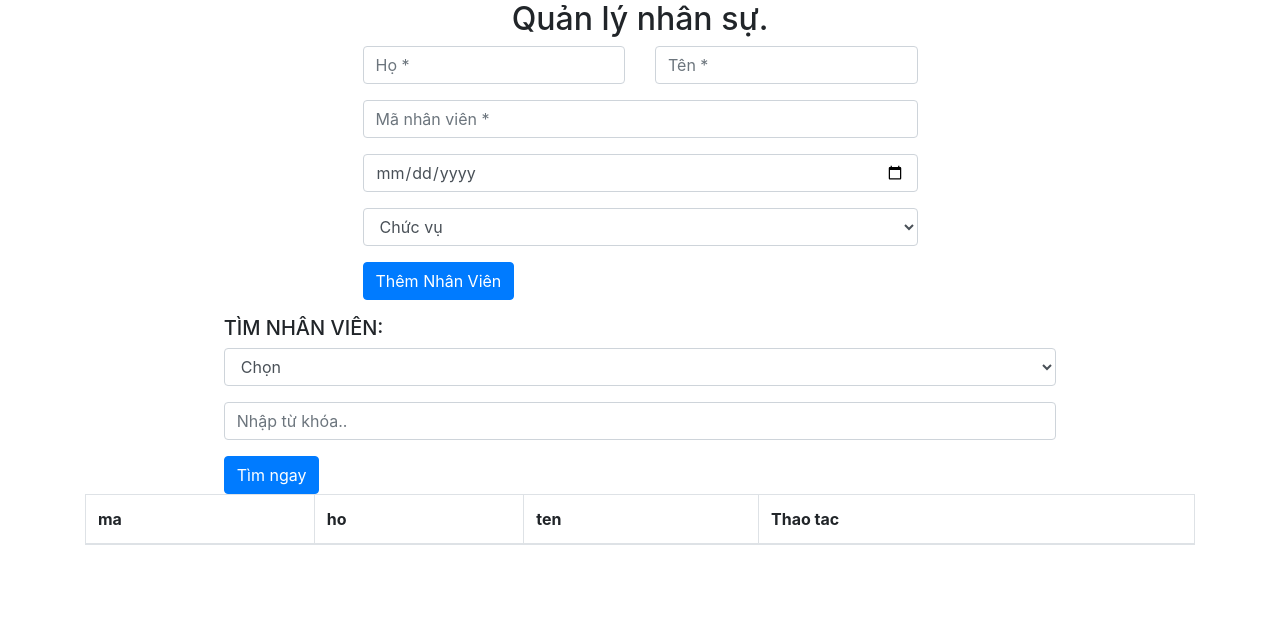
Repository: dovanthao2404/quanlynhanvien
Page: index.html
An editor plug-in stored every save of this project. The page is shown before and after the next save, followed by the edit.
The browser window is 1280 px wide. The pictures show the whole page.

Above is the page before, as saved 2021-06-30 15:51:58.

### index.html
<!DOCTYPE html>
<html lang="en">

<head>
  <meta charset="UTF-8">
  <meta http-equiv="X-UA-Compatible" content="IE=edge">
  <meta name="viewport" content="width=device-width, initial-scale=1.0">
  <title>Quan Ly Nhan Vien</title>
  <!-- BS4 -->
  <link rel="stylesheet" href="https://cdn.jsdelivr.net/npm/bootstrap@4.6.0/dist/css/bootstrap.min.css"
    integrity="sha384-B0vP5xmATw1+K9KRQjQERJvTumQW0nPEzvF6L/Z6nronJ3oUOFUFpCjEUQouq2+l" crossorigin="anonymous">
  <!-- MAIN CSS -->
  <link rel="stylesheet" href="./css/style.css">
</head>

<body>
  <div class="main">
    <!-- form quan ly' -->
    <div class="container">
      <form class=" w-50 mx-auto">
        <div class="employee-manager">
          <div class="row">
            <div class="col">
              <h2 class="text-center">Quản lý nhân sự.</h2>
            </div>
          </div>
          <div class="form-group">
            <div class="row">
              <div class="col-6">
                <input placeholder="Họ *" type="text" class="form-control" id="ho">
                <span class="text-danger" id="thongBaoHo"></span>
              </div>
              <div class="col-6">
                <input placeholder="Tên *" type="text" class="form-control" id="ten">
                <span class="text-danger" id="thongBaoTen"></span>
              </div>
            </div>
          </div>
          <div class='form-group'>
            <div class="row">
              <div class="col-12">
                <input placeholder="Mã nhân viên *" type="text" class="form-control" id="maNV">
                <span class="text-danger" id="thongBaoMS"></span>
              </div>
            </div>
          </div>
          <div class='form-group'>
            <div class="row">
              <div class="col-12">
                <input type="date" class="form-control" id="ngayLamViec">
                <span class="text-danger" id="thongBaoNgay"></span>
              </div>
            </div>
          </div>
          <div class='form-group'>
            <div class="row">
              <div class="col-12">
                <select id="chucVu" class="form-control">
                  <option value="" selected>Chức vụ</option>
                  <option value="">Sếp</option>
                  <option value="">Trưởng phòng</option>
                  <option value="">Nhân viên</option>
                </select>
                <span class="text-danger" id="thongBaoChucVu"></span>
              </div>
            </div>
          </div>
          <div class='form-group'>
            <button type="button" class="btn btn-primary" id="btnThemNhanVien">Thêm Nhân Viên</button>
          </div>
        </div>
      </form>
    </div>

    <!-- Tim kiem nhan vien -->
    <div class="container">
      <div class="form-search w-75 mx-auto">
        <div class="form-group">
          <h5>TÌM NHÂN VIÊN: </h5>
          <div class="input-group">
            <select class='form-control'>
              <option value="">Chọn</option>
              <option value="">Tìm theo mã</option>
              <option value="">Tìm theo tên</option>
            </select>
          </div>
        </div>

        <div class="form-group">
          <input class="form-control" type="text" placeholder="Nhập từ khóa..">
        </div>
        <button class="btn btn-primary">Tìm ngay</button>
      </div>
    </div>

    <div id="hienthi" class="container">
      <table class="table table-bordered table-hover" id="tableHienThi">
        <thead>
          <th>ma</th>
          <th>ho</th>
          <th>ten</th>
          <th>Thao tac</th>
        </thead>
        <tbody id="thetBody">
          <tr></tr>
        </tbody>
      </table>
    </div>
  </div>

  <!-- BS4 -->
  <script src="https://code.jquery.com/jquery-3.5.1.slim.min.js"
    integrity="sha384-DfXdz2htPH0lsSSs5nCTpuj/zy4C+OGpamoFVy38MVBnE+IbbVYUew+OrCXaRkfj"
    crossorigin="anonymous"></script>
  <script src="https://cdn.jsdelivr.net/npm/bootstrap@4.6.0/dist/js/bootstrap.bundle.min.js"
    integrity="sha384-Piv4xVNRyMGpqkS2by6br4gNJ7DXjqk09RmUpJ8jgGtD7zP9yug3goQfGII0yAns"
    crossorigin="anonymous"></script>

  <script src="js/NhanVien.js"></script>
  <script src="js/DanhSachNV.js"></script>
  <script src="js/main.js"></script>
</body>

</html>

### css/style.css
* {
  padding: 0;
  margin: 0;
  box-sizing: border-box;
}
.btnCapNhat {
  display: none;
}

### js/NhanVien.js
function NhanVien(maNV, ho, ten, ngaySinh, chucVu, ngayLamViec, luongCaoBan, phuCap) {
  this.maNV = maNV;
  this.ho = ho;
  this.ten = ten;
  this.ngaySinh = ngaySinh;
  this.chucVu = chucVu;
  this.soNgayLamViec = ngayLamViec;
  this.luongCaoBan = luongCaoBan;
  this.phuCap = phuCap;
  this.mangThuocTinh = [this.maNV, this.ho, this.ten, this.ngaySinh, this.chucVu, this.soNgayLamViec, this.luongCaoBan,
  this.phuCap];
}

NhanVien.prototype.tinhLuong = function () {
  return this.soNgayLamViec + this.luongCaoBan + this.phuCap;
}

### js/DanhSachNV.js
function DanhSachNV() {
  this.DanhSachNV = [];
}

DanhSachNV.prototype.themNhanVien = function (nv) {
  this.DanhSachNV.push(nv);
}

DanhSachNV.prototype.xuatLuong = function () {
  var soNV = this.DanhSachNV.length;
  for (var i = 0; i < soNV; i++) {
    this.DanhSachNV[i].tinhLuong();
  }
};

DanhSachNV.prototype.xoaNhanVien = function () {

}

DanhSachNV.prototype.timTheoTen = function () {

}

### js/main.js
function getMyEle(ele) {
  return document.getElementById(ele);
}


var mangThongBao = [
  'Vui lòng nhập họ',
  'Vui lòng nhập tên',
  'Vui lòng nhập mã nhân viên',
  'Vui lòng chọn ngày',
  'Vui lòng chọn chức vụ',
  'Họ phải là ký tự',
  'Tên phải là ký tự',
  'Độ dài từ 4 - 6',

]
var dSNV = new DanhSachNV();

function kiemTraNhap(idKiemTra, idThongBao, indexThongBao) {
  var noiDungKiemTra = getMyEle(idKiemTra).value;
  var idThongBao = getMyEle(idThongBao);
  if (noiDungKiemTra === '') {
    idThongBao.innerHTML = mangThongBao[indexThongBao];
    return false;
  } else {
    idThongBao.innerHTML = ''
    return true;
  }
}

function kiemTraChon(idKiemTra, idThongBao, indexThongBao) {
  var noiDungKiemTra = getMyEle(idKiemTra).selectedIndex;
  var idThongBao = getMyEle(idThongBao);
  if (noiDungKiemTra === 0) {
    idThongBao.innerHTML = mangThongBao[indexThongBao];
    return false;
  } else {
    idThongBao.innerHTML = ''
    return true;
  }
}

function kiemTraNhapKiTu(idKiemTra, idThongBao, indexThongBao) {
  var mangKiTu = /^[a-zA-Z]+$/;
  var field = getMyEle(idKiemTra).value;
  var thongBao = getMyEle(idThongBao);
  if (field.match(mangKiTu)) {
    thongBao.innerHTML = ''
    return true;
  } else {
    thongBao.innerHTML = mangThongBao[indexThongBao];
    return false;
  }
}

function kiemTraDoDai(idKiemTra, idThongBao, indexThongBao) {
  var field = getMyEle(idKiemTra).value.length;
  var thongBao = getMyEle(idThongBao);
  if (field < 2 || field > 6) {
    thongBao.innerHTML = mangThongBao[indexThongBao];
    return false;
  } else {
    thongBao.innerHTML = ''
    return true;
  }
}

function kiemTraHopLe() {
  var kq = kiemTraNhap('ho', 'thongBaoHo', 0);
  if (kq) {
    kiemTraNhapKiTu('ho', 'thongBaoHo', 5)
  }
  var kq2 = kiemTraNhap('ten', 'thongBaoTen', 1);
  if (kq2) {
    kiemTraNhapKiTu('ten', 'thongBaoTen', 6);
  }
  var kq3 = kiemTraNhap('maNV', 'thongBaoMS', 2);
  if (kq3) {
    kiemTraDoDai('maNV', 'thongBaoMS', 7);
  }
  var kq4 = kiemTraNhap('ngayLamViec', 'thongBaoNgay', 3);
  var kq5 = kiemTraChon('chucVu', 'thongBaoChucVu', 4);

  if (kq && kq2 && kq3 && kq4 && kq5) {
    return true;
  } else {
    return false;
  }
}

function lamMoiForm() {
  getMyEle('ho').value = '';
  getMyEle('ten').value = '';
  getMyEle('maNV').value = '';
  getMyEle('ngayLamViec').value = '';
  getMyEle('chucVu').selectedIndex = 0;
}
console.log(getMyEle(thetBody));
function taoDong(tBody, tnv) {

}

getMyEle('btnThemNhanVien').addEventListener("click", function () {
  var kq = kiemTraHopLe();
  if (kq) {
    var ho = getMyEle('ho').value;
    var ten = getMyEle('ten').value;
    var maNV = getMyEle('maNV').value;
    // var ngay
    var nhanVien = new NhanVien(ho, ten, maNV, '', '', '', '', '')
    dSNV.themNhanVien(nhanVien);
    lamMoiForm();
    console.log(dSNV);
  }
})

After the next save:
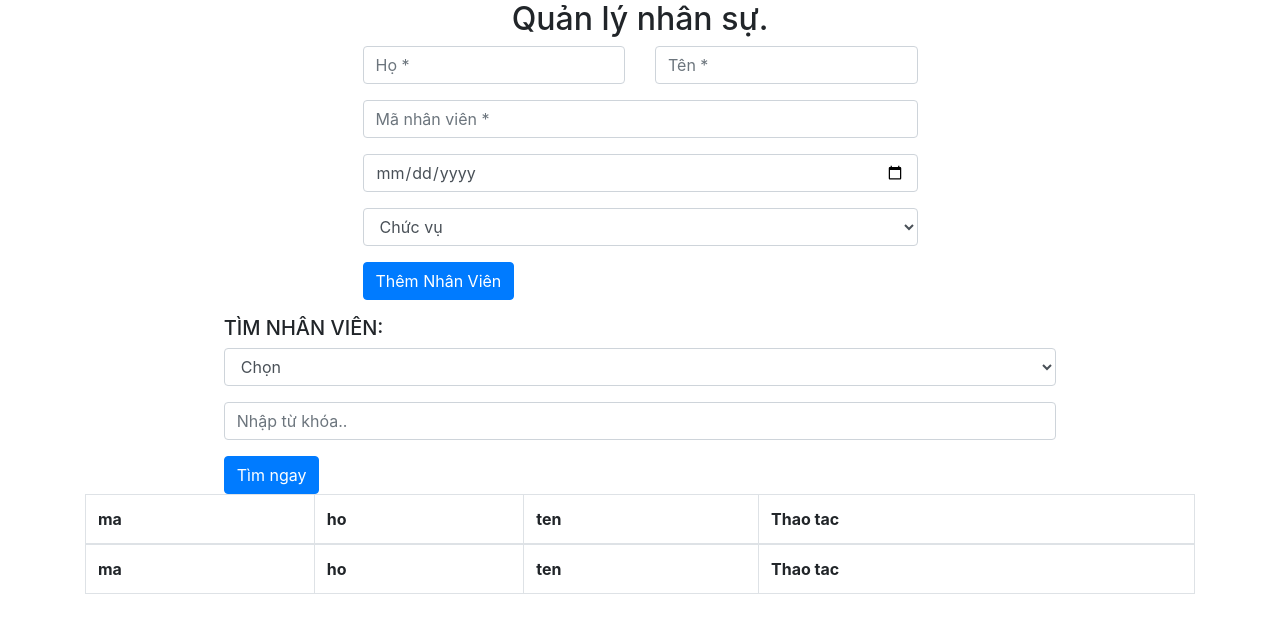
Saved 14 s later.
--- a/index.html
+++ b/index.html
@@ -102,7 +102,10 @@
           <th>Thao tac</th>
         </thead>
         <tbody id="thetBody">
-          <tr></tr>
+          <th>ma</th>
+          <th>ho</th>
+          <th>ten</th>
+          <th>Thao tac</th>
         </tbody>
       </table>
     </div>
